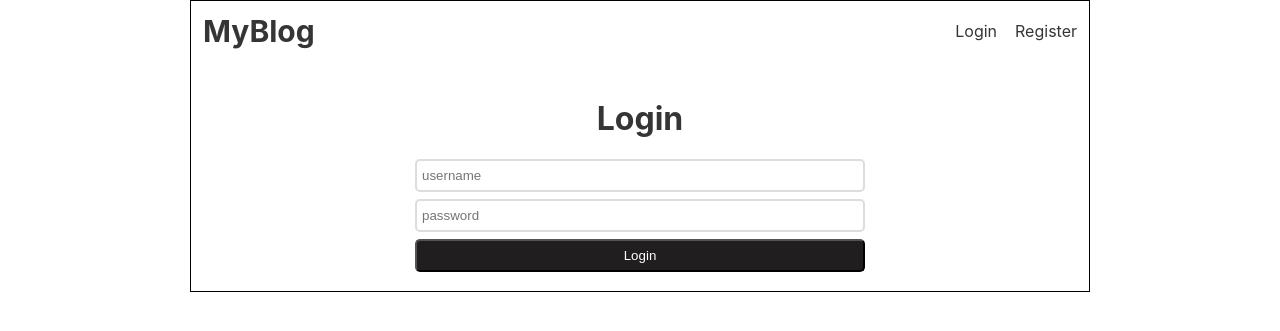
Repository: ateeque-219/BlogApp
Page: /login (app in blogapp/)
These files come from the project's save history. The page is drawn as it stood at one moment and after a run of saves; the edit follows.
The browser window is 1280 px wide. The pictures show the whole page.
The page's requests for data from a server got no answer. The project was rebuilt for these pictures with package versions that can differ from the ones it lists, and the page was loaded fresh each time. No one was signed in, and anything a server would have sent is missing. Also part of the build but not shown: blogapp/src/Post.js, blogapp/src/pages/Indexpage.js, blogapp/src/pages/RegisterPage.js.

Above is the page before, as saved 2024-01-14 02:05:56.

### blogapp/src/index.js
import React from 'react';
import ReactDOM from 'react-dom/client';
import './index.css';
import App from './App';
import  { BrowserRouter } from "react-router-dom";

const root = ReactDOM.createRoot(document.getElementById('root'));
root.render(
  <React.StrictMode>
   <BrowserRouter>
   <App />
   </BrowserRouter>
  </React.StrictMode>
);

### blogapp/src/App.js

import { Route, Routes } from 'react-router';
import './App.css';
import Layoutt from './Layoutt';
import Indexpage from './pages/Indexpage';
import LoginPage from './pages/LoginPage';
import RegisterPage from './pages/RegisterPage';
import { UserContextProvider } from './UserContext';
function App() {
  return (
    <UserContextProvider>
      <Routes>
      <Route path="/" element={<Layoutt />}>
        <Route index element={<Indexpage />} />
        <Route path="/login" element={<LoginPage/>} />
        <Route path ="/register" element={<RegisterPage/>}/>
      </Route>
    </Routes>
    </UserContextProvider>

  );
}

export default App;

### blogapp/src/App.css
*{
  box-sizing: border-box;
}
body{
  color: #353535;
}
img{
  max-width: 100%;
}
main{
  padding: 12px;
  max-width: 900px;
  margin:0 auto ;
  border: 1px solid black;
}
header{
 display: flex;
 justify-content: space-between;
 margin-bottom: 50px;
 align-items: center;
}
header a{
  text-decoration: none;
  color: inherit;
}
header a.logo{
  font-weight: bolder;
  font-size: 30px;
}
header nav{
  display: flex;
  gap: 18px;
}
div.post{
  display: flex;
  gap: 22px;
   margin-bottom: 44px;
}
div.texts{
  margin: 0;
  padding: 0;
}

.texts h2 {
  margin: 0;
}

.image {
  margin-top: 18px;
  width: 600px;
}
div.post p.info{
  margin: 5px 0;
  display: flex;
  gap: 5px;
  font-weight: bold;
  color: #888;
  font-size: 1rem;

}
div.post p.info a.author{
  color: #333;
}
div.post p.summary{
  margin:4px 0;
  line-height: 1.5rem;
}
form.login , form.register{
max-width: 450px;
  margin: 0 auto;
}
input{
 width: 100%;
 display: block;
 margin-bottom: 7px;
 padding: 7px 5px;
 background-color:#fff;
 border: 2.5px solid #ddd;
 border-radius: 5px;

}
button{
  width: 100%;
  display: block;
 margin-bottom: 7px;
 padding: 7px;
  background-color: rgb(32, 30, 30);
 border-radius: 5px;
 color: white;
}

.title{
  text-align: center;
}

### blogapp/src/Layoutt.js
import React from 'react'
import Head from './Head'
import { Outlet } from 'react-router-dom'
const Layoutt = () => {
  return (
    <main>
      <Head></Head>
      <Outlet/>
    </main>
  )
}

export default Layoutt

### blogapp/src/pages/LoginPage.js
import React, { useContext, useState } from 'react'
import { Navigate } from 'react-router';
import { UserContext } from '../UserContext';

const LoginPage = () => {
  const [username, setUsername] = useState('');
  const [password, setPassword] = useState('');
  const [redirect,setredirect] = useState(false);
  const {setuserinfo} = useContext(UserContext);

  async function login(e){
    e.preventDefault();
   const response = await fetch('http://localhost:4000/login',{
      method:'POST',
      body:JSON.stringify({username,password}),
      headers : {'Content-Type':'application/json'},
      credentials: 'include',
    });
    if(response.ok){
      response.json().then(userinfo =>{
        // console.log(userinfo);
        setuserinfo(userinfo);
        setredirect(true);
      });

    }
    else{
      alert("wrong credentials");
    }
  }
  if(redirect){
    return <Navigate to ={'/'}/>
  }
  return (
    <form className="login" onSubmit={(e) => login(e)}>
      <h1 className='title'>Login</h1>
      <input type="text" placeholder='username' value={username} onChange={(e) => setUsername(e.target.value)} />
      <input type="password" placeholder='password' value={password} onChange={(e) => setPassword(e.target.value)} />
      <button type='submit'>Login</button>
    </form>
  );
}

export default LoginPage

### blogapp/src/UserContext.js
import { createContext, useState } from 'react';
export const UserContext = createContext({});

export function UserContextProvider({ children }) {
  const [userinfo, setuserinfo] = useState({});

  return (
    <UserContext.Provider value={{ userinfo, setuserinfo }}>
      {children}
    </UserContext.Provider>
  );
}

### blogapp/src/Head.js
import React, { useContext, useEffect, useState } from 'react'
import { Link } from 'react-router-dom';
import { UserContext } from './UserContext';
const Head = () => {
  const ctx = useContext(UserContext);
  const [userinfo,setuserinfo] = useState(ctx);
  useEffect(() => {
    fetch('http://localhost:4000/profile', {
      credentials: 'include',
    })
      .then(response => {
         return response.json();
      })
      .then(profileInfo => {
        console.log(profileInfo)
        setuserinfo(profileInfo);
      })
      .catch(error => {
        throw(error);
      });
  }, []);


function logout(){
   fetch('http://localhost:4000/logout',{
    credentials : 'include' ,
    method:'POST',
  });
  setuserinfo({});
}

const username = userinfo?.username;
console.log('dasda',userinfo?.username);
  return (
    <div><header>
    <Link to="/" className="logo">MyBlog</Link>
    <nav>
      {userinfo?.username && (
        <>
        {console.log('3343')}
        <Link to ="create">create</Link>
        <a onClick={logout}>logout</a>
        </>
      )}
      {!userinfo?.username && (
        <>
        {console.log('3343')}
         <Link to="/login">Login</Link>
       <Link to="/register">Register</Link>
        </>
      )}
    </nav>
  </header></div>
  );
}
export default Head;

Loaded but not shown: blogapp/public/index.html (common file); blogapp/src/index.css (common file)

After the next 2 saves:
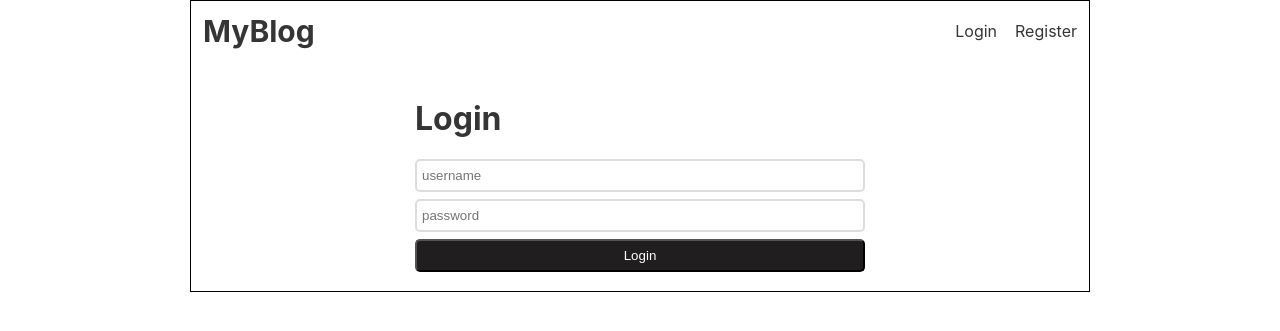
The 2 saves are shown as one change because they came seconds apart.
The last was saved 101 s later.
--- a/blogapp/src/pages/LoginPage.js
+++ b/blogapp/src/pages/LoginPage.js
@@ -1,44 +1,92 @@
-import React, { useContext, useState } from 'react'
-import { Navigate } from 'react-router';
-import { UserContext } from '../UserContext';
+// import React, { useContext, useState } from 'react'
+// import { Navigate } from 'react-router';
+// import { UserContext } from '../UserContext';
 
-const LoginPage = () => {
-  const [username, setUsername] = useState('');
-  const [password, setPassword] = useState('');
-  const [redirect,setredirect] = useState(false);
-  const {setuserinfo} = useContext(UserContext);
+// const LoginPage = () => {
+//   const [username, setUsername] = useState('');
+//   const [password, setPassword] = useState('');
+//   const [redirect,setredirect] = useState(false);
+//   const {setuserinfo} = useContext(UserContext);
 
-  async function login(e){
-    e.preventDefault();
-   const response = await fetch('http://localhost:4000/login',{
-      method:'POST',
-      body:JSON.stringify({username,password}),
-      headers : {'Content-Type':'application/json'},
+//   async function login(e){
+//     e.preventDefault();
+//    const response = await fetch('http://localhost:4000/login',{
+//       method:'POST',
+//       body:JSON.stringify({username,password}),
+//       headers : {'Content-Type':'application/json'},
+//       credentials: 'include',
+//     });
+//     if(response.ok){
+//       response.json().then(userinfo =>{
+//         // console.log(userinfo);
+//         setuserinfo(userinfo);
+//         setredirect(true);
+//       });
+
+//     }
+//     else{
+//       alert("wrong credentials");
+//     }
+//   }
+//   if(redirect){
+//     return <Navigate to ={'/'}/>
+//   }
+//   return (
+//     <form className="login" onSubmit={(e) => login(e)}>
+//       <h1 className='title'>Login</h1>
+//       <input type="text" placeholder='username' value={username} onChange={(e) => setUsername(e.target.value)} />
+//       <input type="password" placeholder='password' value={password} onChange={(e) => setPassword(e.target.value)} />
+//       <button type='submit'>Login</button>
+//     </form>
+//   );
+// }
+
+// export default LoginPage
+
+
+
+import {useContext, useState} from "react";
+import {Navigate} from "react-router-dom";
+import {UserContext} from "../UserContext";
+
+export default function LoginPage() {
+  const [username,setUsername] = useState('');
+  const [password,setPassword] = useState('');
+  const [redirect,setRedirect] = useState(false);
+  const {setUserInfo} = useContext(UserContext);
+  async function login(ev) {
+    ev.preventDefault();
+    const response = await fetch('http://localhost:4000/login', {
+      method: 'POST',
+      body: JSON.stringify({username, password}),
+      headers: {'Content-Type':'application/json'},
       credentials: 'include',
     });
-    if(response.ok){
-      response.json().then(userinfo =>{
-        // console.log(userinfo);
-        setuserinfo(userinfo);
-        setredirect(true);
+    if (response.ok) {
+      response.json().then(userInfo => {
+        setUserInfo(userInfo);
+        setRedirect(true);
       });
-
-    }
-    else{
-      alert("wrong credentials");
+    } else {
+      alert('wrong credentials');
     }
   }
-  if(redirect){
-    return <Navigate to ={'/'}/>
+
+  if (redirect) {
+    return <Navigate to={'/'} />
   }
   return (
-    <form className="login" onSubmit={(e) => login(e)}>
-      <h1 className='title'>Login</h1>
-      <input type="text" placeholder='username' value={username} onChange={(e) => setUsername(e.target.value)} />
-      <input type="password" placeholder='password' value={password} onChange={(e) => setPassword(e.target.value)} />
-      <button type='submit'>Login</button>
+    <form className="login" onSubmit={login}>
+      <h1>Login</h1>
+      <input type="text"
+             placeholder="username"
+             value={username}
+             onChange={ev => setUsername(ev.target.value)}/>
+      <input type="password"
+             placeholder="password"
+             value={password}
+             onChange={ev => setPassword(ev.target.value)}/>
+      <button>Login</button>
     </form>
   );
 }
-
-export default LoginPage
